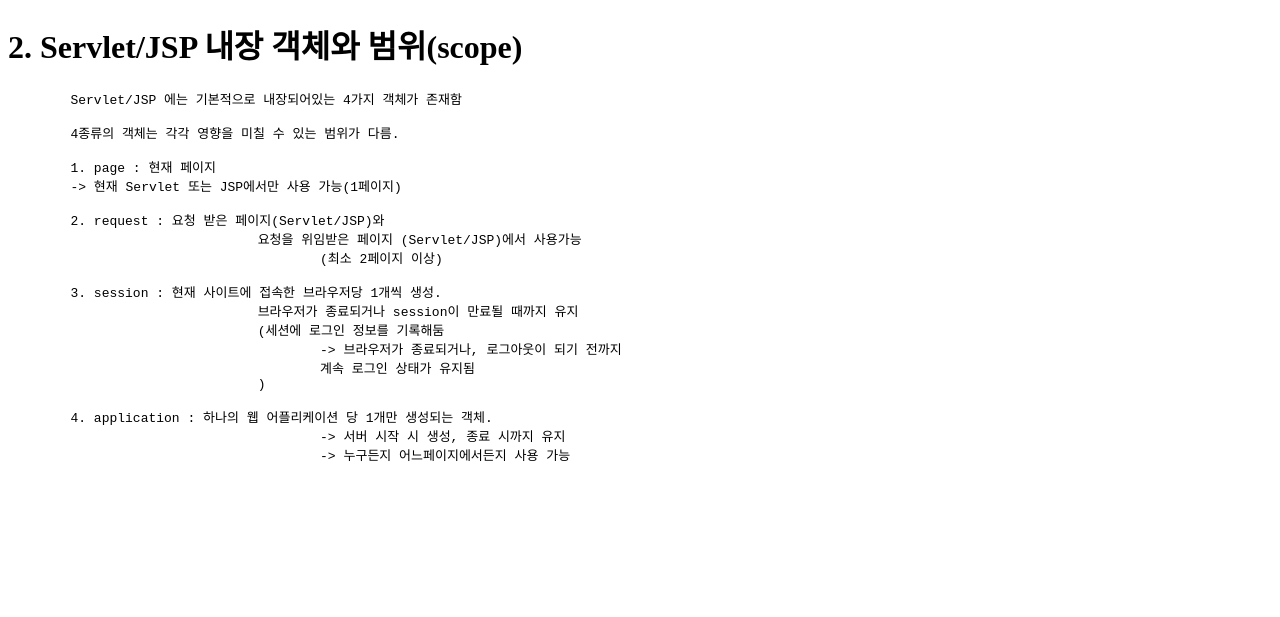
Repository: hyungjuIM/06_Server
Page: http://localhost/JSPProject2/scope
An editor plug-in stored every save of this project. The page is shown before and after the next save, followed by the edit.
The browser window is 1280 px wide. The pictures show the whole page.
The page is served by Tomcat 9.

Above is the page before, as saved 2023-03-21 08:49:04.

After the next save:
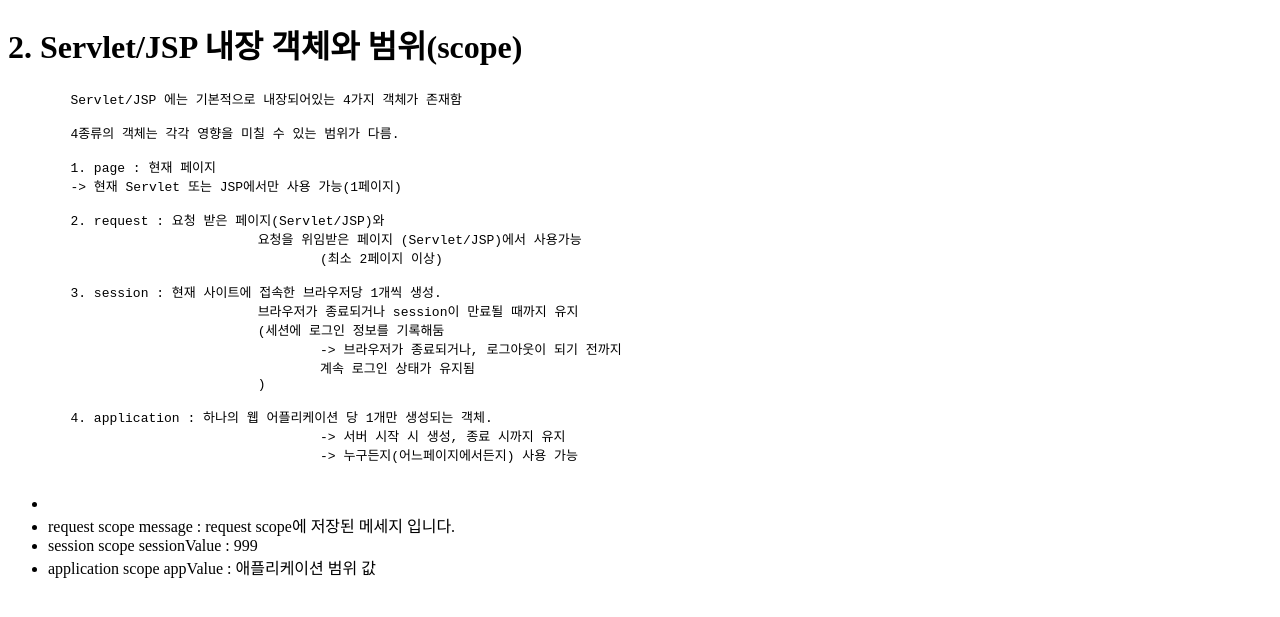
Saved 2 min 10 s later.
--- a/JSPProject2/src/main/webapp/WEB-INF/views/el/scope.jsp
+++ b/JSPProject2/src/main/webapp/WEB-INF/views/el/scope.jsp
@@ -31,7 +31,34 @@ pageEncoding="UTF-8" %>
 
     	4. application : 하나의 웹 어플리케이션 당 1개만 생성되는 객체.
     					-> 서버 시작 시 생성, 종료 시까지 유지
-    					-> 누구든지 어느페이지에서든지 사용 가능
+    					-> 누구든지(어느페이지에서든지) 사용 가능
     </pre>
+
+    <ul>
+    	<li></li>
+    	<li>
+    		request scope message : ${message}
+    	</li>
+    	<li>
+    		session scope sessionValue : ${sessionValue}
+    	</li>
+    	<li>
+    		application scope appValue : ${appValue}
+    	</li>
+    </ul>
+
+
+
+
+
+
+
+
+
+
+
+
+
+
 </body>
 </html>
